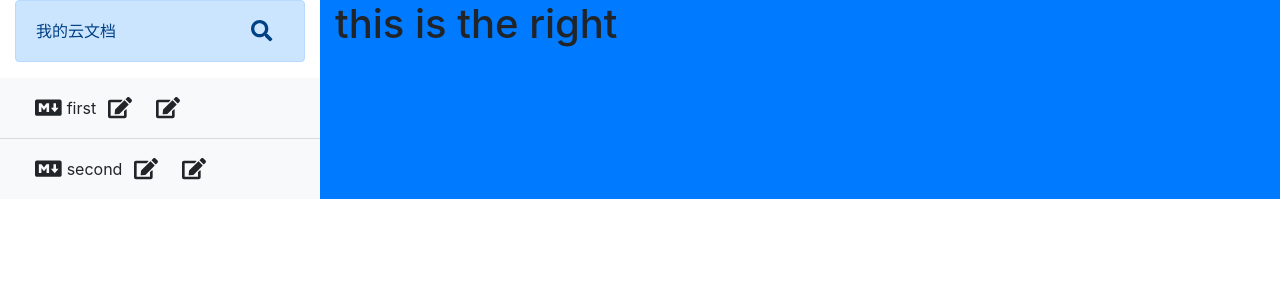
Repository: weijie-he/clould-doc
Page: /
An editor plug-in stored every save of this project. The page is shown before and after a run of saves, followed by the edit.
The browser window is 1280 px wide. The pictures show the whole page.
The project was rebuilt for these pictures with package versions that can differ from the ones it lists, and the page was loaded fresh each time.

Above is the page before, as saved 2020-09-30 17:04:51.

After the next 5 saves:
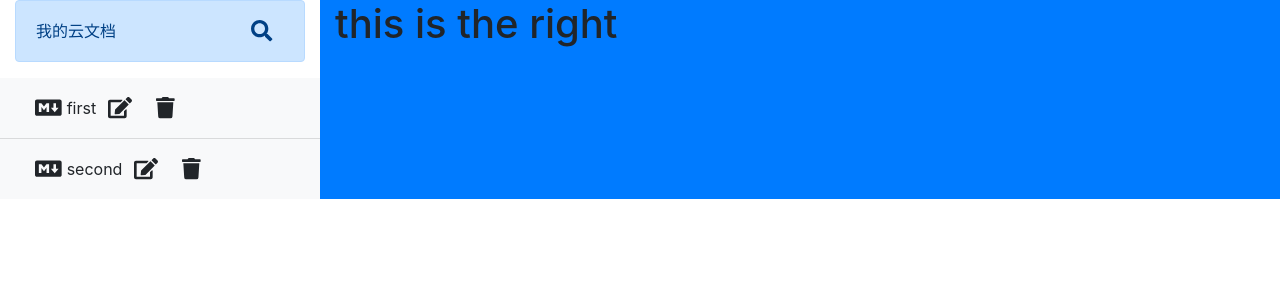
The 5 saves are shown as one change because they came seconds apart.
The last was saved 13 s later.
--- a/src/components/FileList.js
+++ b/src/components/FileList.js
@@ -35,8 +35,8 @@ const FileList = ({files,onFileClick,onSaveEdit,onFileDelete})=>{
                             className={"icon-button"}
                             onClick={()=>{}}>
                             <FontAwesomeIcon
-                                title={"编辑"}
-                                icon={faEdit}
+                                title={"删除"}
+                                icon={faTrash}
                                 size={"lg"}
                             />
                         </Button>
